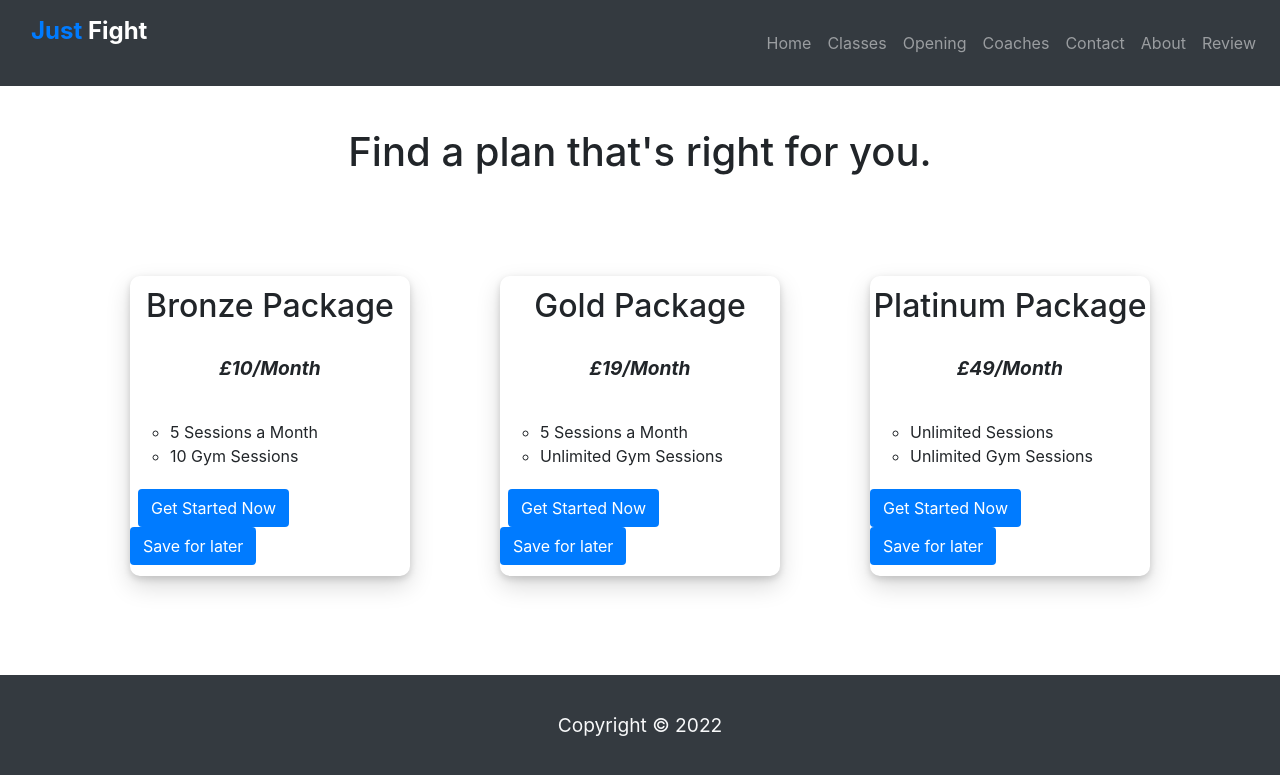
Repository: IonPara/Just-Fight
Page: plans.html
These files come from the project's save history. The page is drawn as it stood at one moment and after the next save; the edit follows.
The browser window is 1280 px wide. The pictures show the whole page.
Some web libraries are served in a nearby version.

Above is the page before, as saved 2023-03-13 16:26:49.

### plans.html
<!DOCTYPE html>
<html lang="en">

<head>
  <meta charset="utf-8">
  <meta name="viewport" content="width=device-width, initial-scale=1.0">
  <title>Join Club</title>
  <link href="./Styles/plans.css" rel="stylesheet" type="text/css">
  <!-- Bootstrap link -->
  <link rel="stylesheet" href="https://cdn.jsdelivr.net/npm/bootstrap@4.2.1/dist/css/bootstrap.min.css"
    integrity="sha384-GJzZqFGwb1QTTN6wy59ffF1BuGJpLSa9DkKMp0DgiMDm4iYMj70gZWKYbI706tWS" crossorigin="anonymous">
</head>

<body>
  <header>
    <!-- ------------Nav bar ------------------------>
    <nav class="navbar navbar-expand-lg navbar-dark bg-dark fixed-top">
      <div class="container pb-4">
        <a class="navbar-brand " id="brand" href="./index.html"><span class="text-primary">Just </span> Fight</a>
        <button class="navbar-toggler" type="button" data-toggle="collapse" data-target="#navbarSupportedContent"
          aria-controls="navbarSupportedContent" aria-expanded="false" aria-label="Toggle navigation">
          <span class="navbar-toggler-icon"></span>
        </button>
      </div>

      <div class="collapse navbar-collapse" id="navbarSupportedContent">
        <ul class="navbar-nav justify-content-end">
          <li class="nav-item">
            <a class="nav-link" href="./index.html">Home</a>
          </li>
          <li class="nav-item">
            <a class="nav-link" href="./index.html#ourClasses">Classes</a>
          </li>
          <li class="nav-item">
            <a class="nav-link" href="./index.html#openingHours">Opening</a>
          </li>
          <li class="nav-item">
            <a class="nav-link" href="./index.html#coaches">Coaches</a>
          </li>
          <li class="nav-item">
            <a class="nav-link" href="./index.html#contact">Contact</a>
          </li>
          <li class="nav-item">
            <a class="nav-link" href="./about.html">About</a>
          </li>
          <li class="nav-item">
            <a class="nav-link" href="./review.html">Review</a>
          </li>

        </ul>
      </div>
    </nav>
  </header>

  <!-- Plans -->
  <section class="pricing-table">
    <div class="head text-center">
      <h1 class="plans-title pt-5">Find a plan that's right for you.</h1>
    </div>
    <!-- First Box -->
    <div class="plans">
      <ul class="container">
        <li class="package">
          <h2 class="table-header">Bronze Package</h2>
          <p class="pricing text-center">£10/Month</p>
          <ul class="table-option">
            <li>5 Sessions a Month</li>
            <li>10 Gym Sessions</li>
          </ul>

          <div>
            <button type="button" class="btn ml-2 bg-primary text-white">Get Started Now</button>
            <button type="button" class="bronze btn bg-primary text-white save-for-later">Save for later</button>
          </div>
        </li>

        <!-- Second -->
        <li class="package ">
          <h2 class="table-header">Gold Package</h2>
          <p class="pricing text-center">£19/Month</p>
          <ul class="table-option">
            <li>5 Sessions a Month</li>
            <li>Unlimited Gym Sessions</li>
          </ul>

          <div>
            <button type="button" class=" btn ml-2 bg-primary text-white">Get Started Now</button>
            <button type="button" class=" gold btn bg-primary text-white save-for-later">Save for later</button>
          </div>
        </li>

        <!-- Third Box -->
        <li class="package ">
          <h2 class="table-header">Platinum Package</h2>
          <p class="pricing text-center">£49/Month</p>
          <ul class="options">
            <li>Unlimited Sessions</li>
            <li>Unlimited Gym Sessions</li>
          </ul>

          <div>
            <button type="button" class="btn  bg-primary text-white">Get Started Now</button>
            <button type="button" class=" platinum btn bg-primary text-white save-for-later">Save for later</button>
          </div>
        </li>

      </ul>
    </div>
  </section>
  <!-- Footer -->
  <footer class="bg-dark text-center text-light mt-5">
    <p>Copyright &copy; 2022</p>
  </footer>
  <script defer src="./Js/plans.js"></script>
  <script src="https://code.jquery.com/jquery-3.3.1.slim.min.js"
    integrity="sha384-q8i/X+965DzO0rT7abK41JStQIAqVgRVzpbzo5smXKp4YfRvH+8abtTE1Pi6jizo"
    crossorigin="anonymous"></script>
  <script src="https://cdn.jsdelivr.net/npm/popper.js@1.14.6/dist/umd/popper.min.js"
    integrity="sha384-wHAiFfRlMFy6i5SRaxvfOCifBUQy1xHdJ/yoi7FRNXMRBu5WHdZYu1hA6ZOblgut"
    crossorigin="anonymous"></script>
  <script src="https://cdn.jsdelivr.net/npm/bootstrap@4.2.1/dist/js/bootstrap.min.js"
    integrity="sha384-B0UglyR+jN6CkvvICOB2joaf5I4l3gm9GU6Hc1og6Ls7i6U/mkkaduKaBhlAXv9k"
    crossorigin="anonymous"></script>
  <script src="https://unpkg.com/swup@latest/dist/swup.min.js"></script>
</body>

</html>

### Styles/plans.css

#brand {
  font-size: 1.5rem;
  font-weight: bolder;
}

.container {
  display: flex;
  justify-content: space-around;
  list-style: none;
}

.plans {
  margin-top: 100px;
}

 .pricing-table {
  margin-top: 5rem;
  height: 76vh;
}

/* ------------Package boxes ----------------*/
.package {
  box-shadow: 0 10px 25px 0 rgb(0 0 0 / 15%), 0 3px 7px 0 rgb(0 0 0 / 15%);
  width: 280px;
  height: 300px;
  display: flex;
  flex-direction: column;
  justify-content: space-around;
  border-radius: 10px;

}

h2 {
  text-align: center;
}

.package .pricing {
  font-size: larger;
  font-weight: bold;
  font-style: italic;
}

.package:hover {
  -webkit-transform: scale(0.5);
   transform: scale(1.05);
}

/*----------------- Footer---------------------- */
footer p {
  padding: 5vh 0;
  margin-bottom: 0;
  font-size: larger;
  height: 100px;
}

/* Media Screen */
@media screen and (max-width:768px) {

  .plans-title {
    font-size: 2rem;
  }
  .container {
    display: block;
  }

  .package {
    margin-top: 10px;
    width: 100%;
    height: 200px;
  }

  .pricing-table {
    height: 90vh;
  }
}

### Js/plans.js

// Select all of the buttons
const saveBtn = document.querySelectorAll('.save-for-later');

let bronze = true;
let gold = true;
let platinum = true;

// Create an event listener for each button
saveBtn.forEach(element => {
    element.addEventListener('click', (event) => {
        const package = event.target.classList[0];

        // Create a function that will set the items from the local storage to true
            // It will take 2 arguments "string" and "item"
            // If the first class name of the event's target is equal "string"
            // Find it on localStorage and set equal to "item"
        const setItems = (string, item) => {
            if(package === string) {
                localStorage.setItem(package, JSON.stringify(item))
            }
        }

        // Called the function with all 3 values
        setItems('bronze', bronze);
        setItems('gold', gold);
        setItems('platinum', platinum);

        // Create an alert that the package was successfully added
        alert('The package was successfully saved!')
    })
});

After the next save:
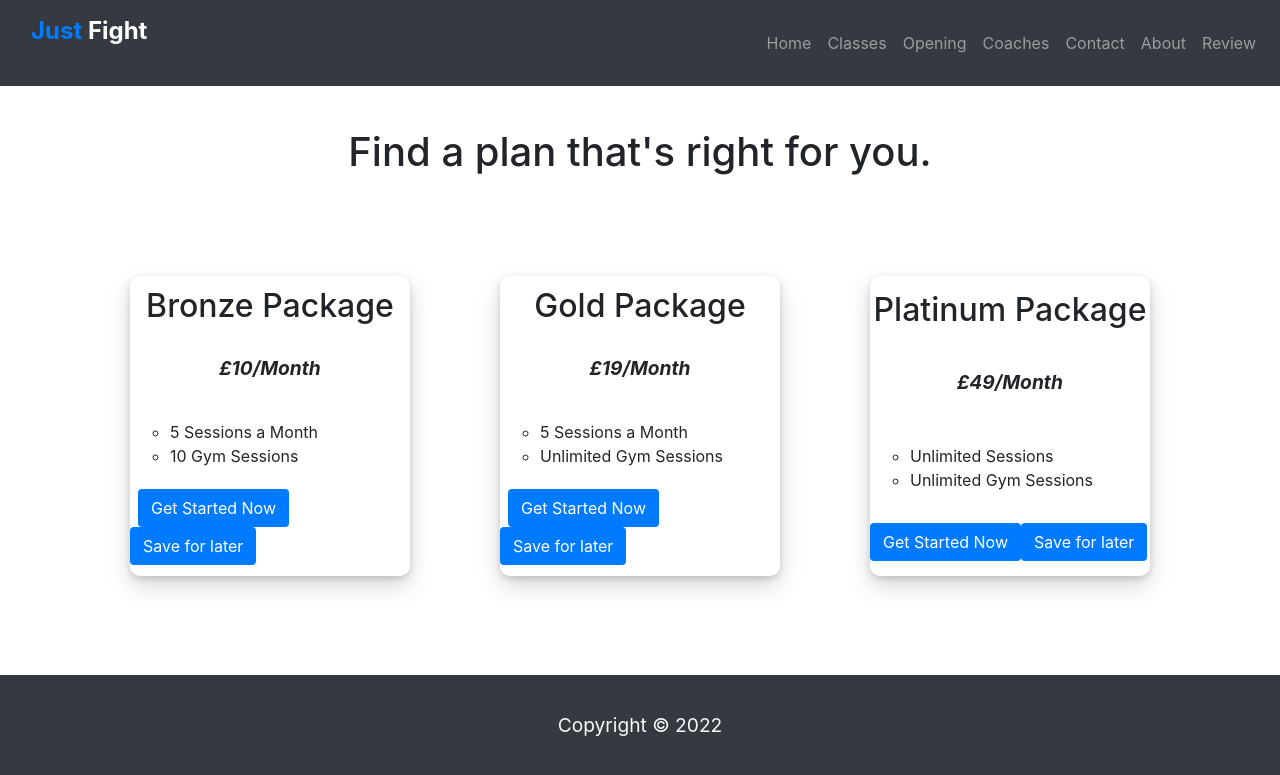
Saved 20 s later.
--- a/plans.html
+++ b/plans.html
@@ -98,7 +98,7 @@
             <li>Unlimited Gym Sessions</li>
           </ul>
 
-          <div>
+          <div class="d-flex justify-around">
             <button type="button" class="btn  bg-primary text-white">Get Started Now</button>
             <button type="button" class=" platinum btn bg-primary text-white save-for-later">Save for later</button>
           </div>
